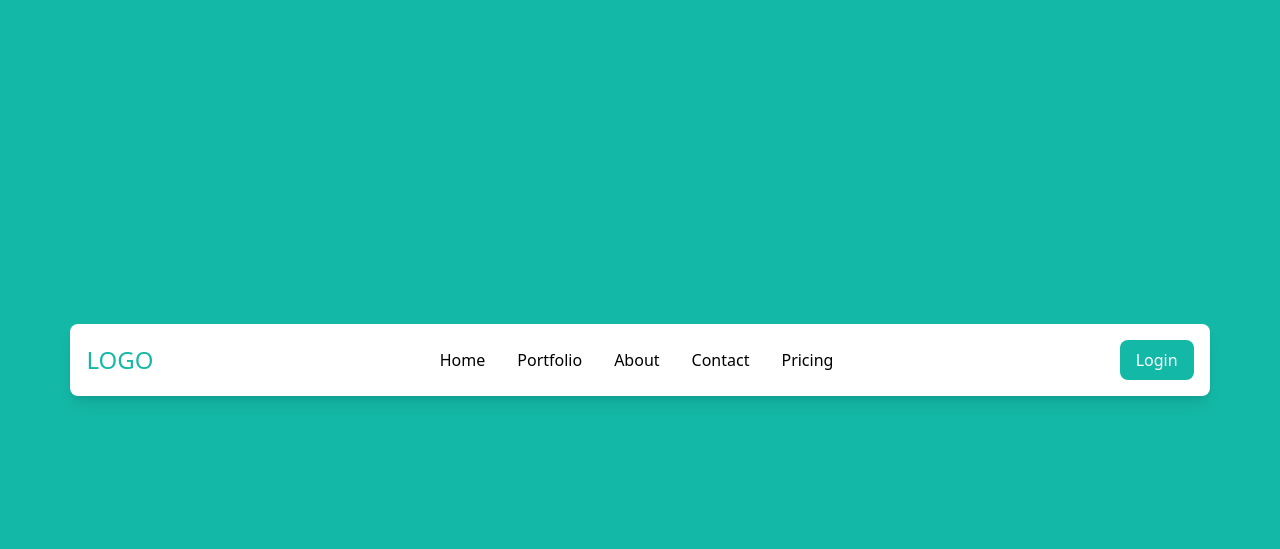
Repository: DevAntonioRogers/react-modal-with-dialog
Page: /
The author's editor kept a copy of each file at every save. The page is drawn from the files as they stood at one save, then again after the next save.
The browser window is 1280 px wide. The pictures show the whole page.
The project was rebuilt for these pictures with package versions that can differ from the ones it lists, and the page was loaded fresh each time. Also part of the build but not shown: vite.config.ts.

Above is the page before, as saved 2023-05-10 09:35:19.

### src/App.tsx
import { useState, useRef } from "react";

function App() {
  const [showModal, setShowModal] = useState(false);
  const ref = useRef(null);

  return (
    <>
      <div className="flex items-center justify-center w-screen h-screen bg-teal-500 relative">
        <nav className="flex justify-between items-center p-4 w-[89%] bg-white m-auto rounded-lg shadow-lg">
          <div>
            <h1 className="text-2xl text-teal-500">LOGO</h1>
          </div>

          <ul className="flex items-center gap-8">
            <li>
              <a href="#">Home</a>
            </li>
            <li>
              <a href="#">Portfolio</a>
            </li>
            <li>
              <a href="#">About</a>
            </li>
            <li>
              <a href="#">Contact</a>
            </li>
            <li>
              <a href="#">Pricing</a>
            </li>
          </ul>

          <button
            onClick={() => ref.showModal()}
            className="px-4 py-2 bg-teal-500 text-white rounded-lg cursor-pointer"
          >
            Login
          </button>
        </nav>
        {showModal && (
          <div
            ref={ref}
            onClick={() => setShowModal(false)}
            className="absolute w-screen h-screen bg-black/25 flex justify-center items-center"
          >
            <dialog onClick={(e) => e.stopPropagation()} open className="w-[500px] h-[300px]">
              <p>Greetings, one and all!</p>
              <form method="dialog">
                <button onClick={() => setShowModal(false)}>OK</button>
              </form>
            </dialog>
          </div>
        )}
      </div>
    </>
  );
}

export default App;

Loaded but not shown: index.html (common file); src/main.tsx (common file); src/index.css (common file); tailwind.config.js (common file)

After the next save:
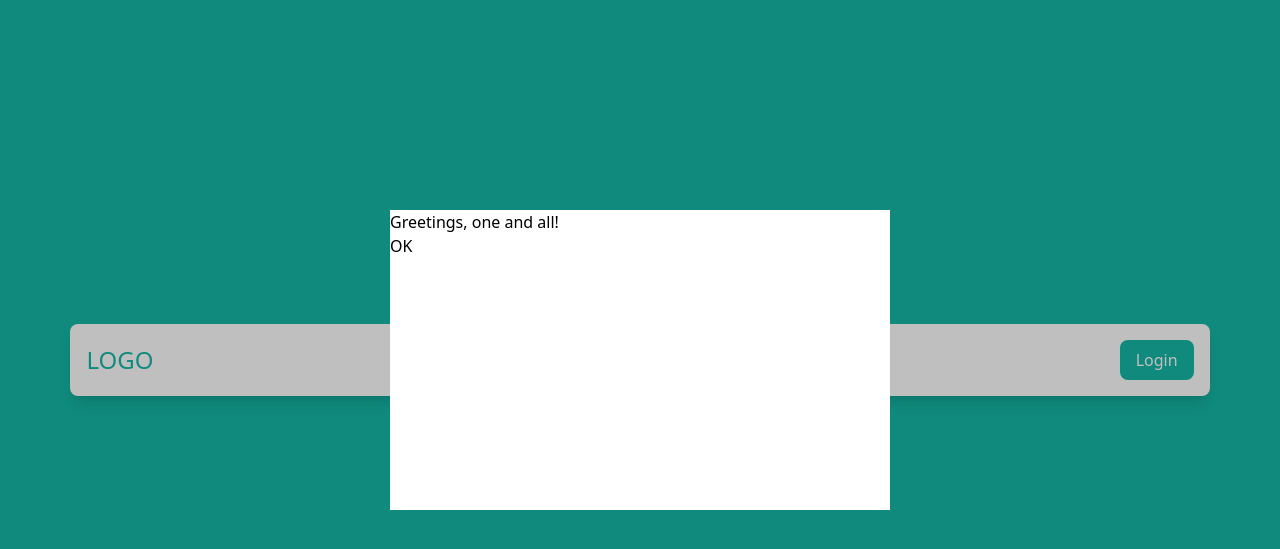
Saved 44 s later.
--- a/src/App.tsx
+++ b/src/App.tsx
@@ -37,20 +37,18 @@ function App() {
             Login
           </button>
         </nav>
-        {showModal && (
-          <div
-            ref={ref}
-            onClick={() => setShowModal(false)}
-            className="absolute w-screen h-screen bg-black/25 flex justify-center items-center"
-          >
-            <dialog onClick={(e) => e.stopPropagation()} open className="w-[500px] h-[300px]">
-              <p>Greetings, one and all!</p>
-              <form method="dialog">
-                <button onClick={() => setShowModal(false)}>OK</button>
-              </form>
-            </dialog>
-          </div>
-        )}
+        <div
+          ref={ref}
+          onClick={() => setShowModal(false)}
+          className="absolute w-screen h-screen bg-black/25 flex justify-center items-center"
+        >
+          <dialog onClick={(e) => e.stopPropagation()} open className="w-[500px] h-[300px]">
+            <p>Greetings, one and all!</p>
+            <form method="dialog">
+              <button onClick={() => setShowModal(false)}>OK</button>
+            </form>
+          </dialog>
+        </div>
       </div>
     </>
   );
